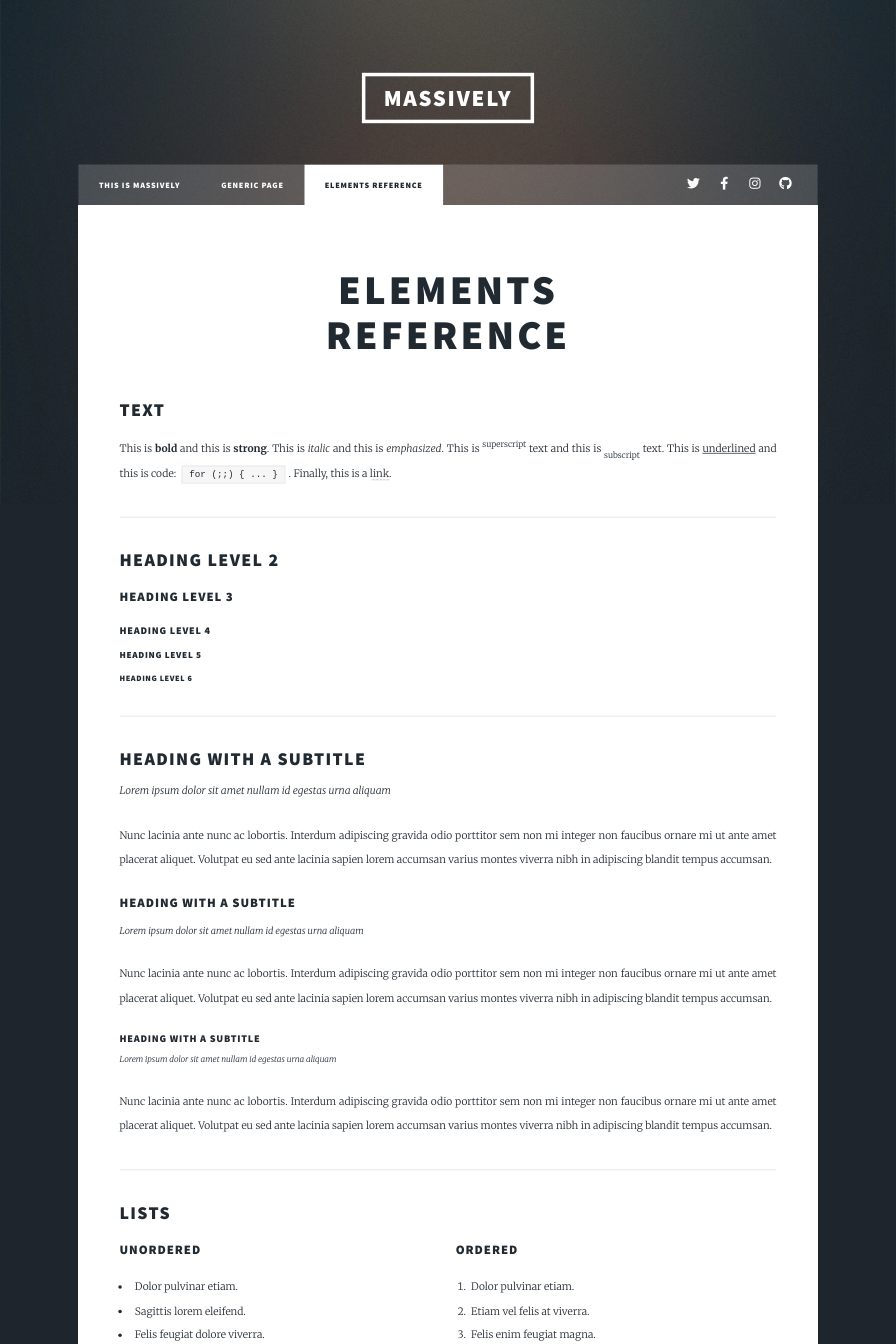
Repository: danieldoh2/Daniel_Portfolio
Page: elements.html
These files come from the project's save history. The page is drawn as it stood at one moment and after the next save; the edit follows.
The browser window is 1280 px wide. The pictures show the part of the page from y = 0 to 1920 px (the page is 9480 px tall), at 70% of full size.

Above is the page before, as saved 2022-03-06 15:21:36.

### elements.html
<!DOCTYPE HTML>
<!--
	Massively by HTML5 UP
	html5up.net | @ajlkn
	Free for personal and commercial use under the CCA 3.0 license (html5up.net/license)
-->
<html>
	<head>
		<title>Elements Reference - Massively by HTML5 UP</title>
		<meta charset="utf-8" />
		<meta name="viewport" content="width=device-width, initial-scale=1, user-scalable=no" />
		<link rel="stylesheet" href="assets/css/main.css" />
		<noscript><link rel="stylesheet" href="assets/css/noscript.css" /></noscript>
	</head>
	<body class="is-preload">

		<!-- Wrapper -->
			<div id="wrapper">

				<!-- Header -->
					<header id="header">
						<a href="index.html" class="logo">Massively</a>
					</header>

				<!-- Nav -->
					<nav id="nav">
						<ul class="links">
							<li><a href="index.html">This is Massively</a></li>
							<li><a href="generic.html">Generic Page</a></li>
							<li class="active"><a href="elements.html">Elements Reference</a></li>
						</ul>
						<ul class="icons">
							<li><a href="#" class="icon brands fa-twitter"><span class="label">Twitter</span></a></li>
							<li><a href="#" class="icon brands fa-facebook-f"><span class="label">Facebook</span></a></li>
							<li><a href="#" class="icon brands fa-instagram"><span class="label">Instagram</span></a></li>
							<li><a href="#" class="icon brands fa-github"><span class="label">GitHub</span></a></li>
						</ul>
					</nav>

				<!-- Main -->
					<div id="main">

						<!-- Post -->
							<section class="post">
								<header class="major">
									<h1>Elements<br />
									Reference</h1>
								</header>

								<!-- Text stuff -->
									<h2>Text</h2>
									<p>This is <b>bold</b> and this is <strong>strong</strong>. This is <i>italic</i> and this is <em>emphasized</em>.
									This is <sup>superscript</sup> text and this is <sub>subscript</sub> text.
									This is <u>underlined</u> and this is code: <code>for (;;) { ... }</code>.
									Finally, this is a <a href="#">link</a>.</p>
									<hr />
									<h2>Heading Level 2</h2>
									<h3>Heading Level 3</h3>
									<h4>Heading Level 4</h4>
									<h5>Heading Level 5</h5>
									<h6>Heading Level 6</h6>
									<hr />
									<header>
										<h2>Heading with a Subtitle</h2>
										<p>Lorem ipsum dolor sit amet nullam id egestas urna aliquam</p>
									</header>
									<p>Nunc lacinia ante nunc ac lobortis. Interdum adipiscing gravida odio porttitor sem non mi integer non faucibus ornare mi ut ante amet placerat aliquet. Volutpat eu sed ante lacinia sapien lorem accumsan varius montes viverra nibh in adipiscing blandit tempus accumsan.</p>
									<header>
										<h3>Heading with a Subtitle</h3>
										<p>Lorem ipsum dolor sit amet nullam id egestas urna aliquam</p>
									</header>
									<p>Nunc lacinia ante nunc ac lobortis. Interdum adipiscing gravida odio porttitor sem non mi integer non faucibus ornare mi ut ante amet placerat aliquet. Volutpat eu sed ante lacinia sapien lorem accumsan varius montes viverra nibh in adipiscing blandit tempus accumsan.</p>
									<header>
										<h4>Heading with a Subtitle</h4>
										<p>Lorem ipsum dolor sit amet nullam id egestas urna aliquam</p>
									</header>
									<p>Nunc lacinia ante nunc ac lobortis. Interdum adipiscing gravida odio porttitor sem non mi integer non faucibus ornare mi ut ante amet placerat aliquet. Volutpat eu sed ante lacinia sapien lorem accumsan varius montes viverra nibh in adipiscing blandit tempus accumsan.</p>

									<hr />

								<!-- Lists -->
									<h2>Lists</h2>
									<div class="row">
										<div class="col-6 col-12-small">

											<h3>Unordered</h3>
											<ul>
												<li>Dolor pulvinar etiam.</li>
												<li>Sagittis lorem eleifend.</li>
												<li>Felis feugiat dolore viverra.</li>
												<li>Dolor pulvinar etiam.</li>
											</ul>

											<h3>Alternate</h3>
											<ul class="alt">
												<li>Dolor pulvinar etiam etiam.</li>
												<li>Sagittis adipiscing eleifend.</li>
												<li>Felis enim dolore viverra.</li>
												<li>Dolor pulvinar etiam etiam.</li>
											</ul>

										</div>
										<div class="col-6 col-12-small">

											<h3>Ordered</h3>
											<ol>
												<li>Dolor pulvinar etiam.</li>
												<li>Etiam vel felis at viverra.</li>
												<li>Felis enim feugiat magna.</li>
												<li>Etiam vel felis nullam.</li>
												<li>Felis enim et tempus.</li>
											</ol>

											<h3>Icons</h3>
											<ul class="icons">
												<li><a href="#" class="icon brands fa-twitter"><span class="label">Twitter</span></a></li>
												<li><a href="#" class="icon brands fa-facebook-f"><span class="label">Facebook</span></a></li>
												<li><a href="#" class="icon brands fa-instagram"><span class="label">Instagram</span></a></li>
												<li><a href="#" class="icon brands fa-github"><span class="label">Github</span></a></li>
												<li><a href="#" class="icon brands fa-dribbble"><span class="label">Dribbble</span></a></li>
											</ul>
											<ul class="icons alt">
												<li><a href="#" class="icon brands alt fa-twitter"><span class="label">Twitter</span></a></li>
												<li><a href="#" class="icon brands alt fa-facebook-f"><span class="label">Facebook</span></a></li>
												<li><a href="#" class="icon brands alt fa-instagram"><span class="label">Instagram</span></a></li>
												<li><a href="#" class="icon brands alt fa-github"><span class="label">Github</span></a></li>
												<li><a href="#" class="icon brands alt fa-dribbble"><span class="label">Dribbble</span></a></li>
											</ul>

										</div>
									</div>
									<h3>Definition</h3>
									<dl>
										<dt>Item 1</dt>
										<dd>
											<p>Lorem ipsum dolor vestibulum ante ipsum primis in faucibus vestibulum. Blandit adipiscing eu felis iaculis volutpat ac adipiscing accumsan eu faucibus. Integer ac pellentesque praesent.</p>
										</dd>
										<dt>Item 2</dt>
										<dd>
											<p>Lorem ipsum dolor vestibulum ante ipsum primis in faucibus vestibulum. Blandit adipiscing eu felis iaculis volutpat ac adipiscing accumsan eu faucibus. Integer ac pellentesque praesent.</p>
										</dd>
										<dt>Item 3</dt>
										<dd>
											<p>Lorem ipsum dolor vestibulum ante ipsum primis in faucibus vestibulum. Blandit adipiscing eu felis iaculis volutpat ac adipiscing accumsan eu faucibus. Integer ac pellentesque praesent.</p>
										</dd>
									</dl>

									<h3>Actions</h3>
									<ul class="actions">
										<li><a href="#" class="button primary">Primary</a></li>
										<li><a href="#" class="button">Default</a></li>
									</ul>
									<ul class="actions small">
										<li><a href="#" class="button primary small">Small</a></li>
										<li><a href="#" class="button small">Small</a></li>
									</ul>
									<div class="row">
										<div class="col-6 col-12-small">
											<ul class="actions stacked">
												<li><a href="#" class="button primary">Default</a></li>
												<li><a href="#" class="button">Default</a></li>
											</ul>
										</div>
										<div class="col-6 col-12-small">
											<ul class="actions stacked">
												<li><a href="#" class="button primary small">Small</a></li>
												<li><a href="#" class="button small">Small</a></li>
											</ul>
										</div>
									</div>
									<div class="row">
										<div class="col-6 col-12-small">
											<ul class="actions stacked">
												<li><a href="#" class="button primary fit">Default</a></li>
												<li><a href="#" class="button fit">Default</a></li>
											</ul>
										</div>
										<div class="col-6 col-12-small">
											<ul class="actions stacked">
												<li><a href="#" class="button primary small fit">Small</a></li>
												<li><a href="#" class="button small fit">Small</a></li>
											</ul>
										</div>
									</div>

									<hr />

								<!-- Blockquote -->
									<h2>Blockquote</h2>
									<blockquote>Fringilla nisl. Donec accumsan interdum nisi, quis tincidunt felis sagittis eget tempus euismod. Vestibulum ante ipsum primis in faucibus vestibulum. Blandit adipiscing eu felis iaculis volutpat ac adipiscing accumsan faucibus. Vestibulum ante ipsum primis in faucibus vestibulum. Blandit adipiscing eu felis.</blockquote>

									<hr />

								<!-- Table -->
									<h2>Table</h2>

									<h3>Default</h3>
									<div class="table-wrapper">
										<table>
											<thead>
												<tr>
													<th>Name</th>
													<th>Description</th>
													<th>Price</th>
												</tr>
											</thead>
											<tbody>
												<tr>
													<td>Item 1</td>
													<td>Ante turpis integer aliquet porttitor.</td>
													<td>29.99</td>
												</tr>
												<tr>
													<td>Item 2</td>
													<td>Vis ac commodo adipiscing arcu aliquet.</td>
													<td>19.99</td>
												</tr>
												<tr>
													<td>Item 3</td>
													<td> Morbi faucibus arcu accumsan lorem.</td>
													<td>29.99</td>
												</tr>
												<tr>
													<td>Item 4</td>
													<td>Vitae integer tempus condimentum.</td>
													<td>19.99</td>
												</tr>
												<tr>
													<td>Item 5</td>
													<td>Ante turpis integer aliquet porttitor.</td>
													<td>29.99</td>
												</tr>
											</tbody>
											<tfoot>
												<tr>
													<td colspan="2"></td>
													<td>100.00</td>
												</tr>
											</tfoot>
										</table>
									</div>

									<h3>Alternate</h3>
									<div class="table-wrapper">
										<table class="alt">
											<thead>
												<tr>
													<th>Name</th>
													<th>Description</th>
													<th>Price</th>
												</tr>
											</thead>
											<tbody>
												<tr>
													<td>Item 1</td>
													<td>Ante turpis integer aliquet porttitor.</td>
													<td>29.99</td>
												</tr>
												<tr>
													<td>Item 2</td>
													<td>Vis ac commodo adipiscing arcu aliquet.</td>
													<td>19.99</td>
												</tr>
												<tr>
													<td>Item 3</td>
													<td> Morbi faucibus arcu accumsan lorem.</td>
													<td>29.99</td>
												</tr>
												<tr>
													<td>Item 4</td>
													<td>Vitae integer tempus condimentum.</td>
													<td>19.99</td>
												</tr>
												<tr>
													<td>Item 5</td>
													<td>Ante turpis integer aliquet porttitor.</td>
													<td>29.99</td>
												</tr>
											</tbody>
											<tfoot>
												<tr>
													<td colspan="2"></td>
													<td>100.00</td>
												</tr>
											</tfoot>
										</table>
									</div>

									<hr />

								<!-- Buttons -->
									<h2>Buttons</h2>
									<ul class="actions">
										<li><a href="#" class="button primary">Primary</a></li>
										<li><a href="#" class="button">Default</a></li>
									</ul>
									<ul class="actions">
										<li><a href="#" class="button primary large">Large</a></li>
										<li><a href="#" class="button">Default</a></li>
										<li><a href="#" class="button small">Small</a></li>
									</ul>
									<ul class="actions fit">
										<li><a href="#" class="button primary fit">Fit</a></li>
										<li><a href="#" class="button fit">Fit</a></li>
									</ul>
									<ul class="actions fit small">
										<li><a href="#" class="button primary fit small">Fit + Small</a></li>
										<li><a href="#" class="button fit small">Fit + Small</a></li>
									</ul>
									<ul class="actions">
										<li><a href="#" class="button primary icon solid fa-search">Icon</a></li>
										<li><a href="#" class="button icon solid fa-download">Icon</a></li>
									</ul>
									<ul class="actions">
										<li><span class="button primary disabled">Primary</span></li>
										<li><span class="button disabled">Default</span></li>
									</ul>

									<hr />

								<!-- Form -->
									<h2>Form</h2>

									<form method="post" action="#">
										<div class="row gtr-uniform">
											<div class="col-6 col-12-xsmall">
												<input type="text" name="demo-name" id="demo-name" value="" placeholder="Name" />
											</div>
											<div class="col-6 col-12-xsmall">
												<input type="email" name="demo-email" id="demo-email" value="" placeholder="Email" />
											</div>
											<!-- Break -->
											<div class="col-12">
												<select name="demo-category" id="demo-category">
													<option value="">- Category -</option>
													<option value="1">Manufacturing</option>
													<option value="1">Shipping</option>
													<option value="1">Administration</option>
													<option value="1">Human Resources</option>
												</select>
											</div>
											<!-- Break -->
											<div class="col-4 col-12-small">
												<input type="radio" id="demo-priority-low" name="demo-priority" checked>
												<label for="demo-priority-low">Low</label>
											</div>
											<div class="col-4 col-12-small">
												<input type="radio" id="demo-priority-normal" name="demo-priority">
												<label for="demo-priority-normal">Normal</label>
											</div>
											<div class="col-4 col-12-small">
												<input type="radio" id="demo-priority-high" name="demo-priority">
												<label for="demo-priority-high">High</label>
											</div>
											<!-- Break -->
											<div class="col-6 col-12-small">
												<input type="checkbox" id="demo-copy" name="demo-copy">
												<label for="demo-copy">Email me a copy</label>
											</div>
											<div class="col-6 col-12-small">
												<input type="checkbox" id="demo-human" name="demo-human" checked>
												<label for="demo-human">I am a human</label>
											</div>
											<!-- Break -->
											<div class="col-12">
												<textarea name="demo-message" id="demo-message" placeholder="Enter your message" rows="6"></textarea>
											</div>
											<!-- Break -->
											<div class="col-12">
												<ul class="actions">
													<li><input type="submit" value="Send Message" class="primary" /></li>
													<li><input type="reset" value="Reset" /></li>
												</ul>
											</div>
										</div>
									</form>

									<hr />

								<!-- Image -->
									<h2>Image</h2>

									<h3>Fit</h3>
									<span class="image fit"><img src="images/pic01.jpg" alt="" /></span>
									<div class="box alt">
										<div class="row gtr-50 gtr-uniform">
											<div class="col-4"><span class="image fit"><img src="images/pic02.jpg" alt="" /></span></div>
											<div class="col-4"><span class="image fit"><img src="images/pic03.jpg" alt="" /></span></div>
											<div class="col-4"><span class="image fit"><img src="images/pic04.jpg" alt="" /></span></div>
											<!-- Break -->
											<div class="col-4"><span class="image fit"><img src="images/pic04.jpg" alt="" /></span></div>
											<div class="col-4"><span class="image fit"><img src="images/pic02.jpg" alt="" /></span></div>
											<div class="col-4"><span class="image fit"><img src="images/pic03.jpg" alt="" /></span></div>
											<!-- Break -->
											<div class="col-4"><span class="image fit"><img src="images/pic03.jpg" alt="" /></span></div>
											<div class="col-4"><span class="image fit"><img src="images/pic04.jpg" alt="" /></span></div>
											<div class="col-4"><span class="image fit"><img src="images/pic02.jpg" alt="" /></span></div>
										</div>
									</div>

									<h3>Left &amp; Right</h3>
									<p><span class="image left"><img src="images/pic08.jpg" alt="" /></span>Lorem ipsum dolor sit accumsan interdum nisi, quis tincidunt felis sagittis eget. tempus euismod. Vestibulum ante ipsum primis in faucibus vestibulum. Blandit adipiscing eu felis iaculis volutpat ac adipiscing accumsan eu faucibus. Integer ac pellentesque praesent tincidunt felis sagittis eget. tempus euismod. Vestibulum ante ipsum primis sagittis eget. tempus euismod. Vestibulum ante ipsum primis in faucibus vestibulum. Blandit adipiscing eu felis iaculis volutpat ac adipiscing accumsan eu faucibus. Integer ac pellentesque praesent tincidunt felis sagittis eget. tempus euismod. Vestibulum ante ipsum primis in faucibus vestibulum. Blandit adipiscing eu felis iaculis volutpat ac adipiscing accumsan eu faucibus. Integer ac pellentesque praesent. Vestibulum ante ipsum primis in faucibus magna blandit adipiscing eu felis iaculis.</p>
									<p><span class="image right"><img src="images/pic09.jpg" alt="" /></span>Lorem ipsum dolor sit accumsan interdum nisi, quis tincidunt felis sagittis eget. tempus euismod. Vestibulum ante ipsum primis in faucibus vestibulum. Blandit adipiscing eu felis iaculis volutpat ac adipiscing accumsan eu faucibus. Integer ac pellentesque praesent tincidunt felis sagittis eget. tempus euismod. Vestibulum ante ipsum primis sagittis eget. tempus euismod. Vestibulum ante ipsum primis in faucibus vestibulum. Blandit adipiscing eu felis iaculis volutpat ac adipiscing accumsan eu faucibus. Integer ac pellentesque praesent tincidunt felis sagittis eget. tempus euismod. Vestibulum ante ipsum primis in faucibus vestibulum. Blandit adipiscing eu felis iaculis volutpat ac adipiscing accumsan eu faucibus. Integer ac pellentesque praesent. Vestibulum ante ipsum primis in faucibus magna blandit adipiscing eu felis iaculis.</p>

									<hr />

								<!-- Box -->
									<h2>Box</h2>
									<div class="box">
										<p>Felis sagittis eget tempus primis in faucibus vestibulum. Blandit adipiscing eu felis iaculis volutpat ac adipiscing accumsan eu faucibus. Integer ac pellentesque praesent tincidunt felis sagittis eget. tempus euismod. Magna sed etiam ante ipsum primis in faucibus vestibulum. Blandit adipiscing eu ipsum primis in faucibus vestibulum. Blandit adipiscing eu felis iaculis volutpat ac adipiscing accumsan eu faucibus lorem ipsum dolor sit amet nullam. Integer ac pellentesque praesent tincidunt felis sagittis eget. tempus euismod. Vestibulum ante ipsum primis sagittis eget. tempus euismod. Vestibulum ante ipsum primis in faucibus vestibulum. Blandit adipiscing eu felis iaculis volutpat ac adipiscing accumsan eu faucibus. Integer ac pellentesque praesent tincidunt felis sagittis eget. tempus euismod. Vestibulum ante ipsum primis in faucibus vestibulum. Blandit adipiscing eu felis iaculis volutpat ac adipiscing accumsan eu faucibus. Integer ac pellentesque praesent. Vestibulum ante ipsum primis in faucibus magna blandit adipiscing eu felis iaculis volutpat lorem ipsum dolor.</p>
									</div>

									<hr />

								<!-- Preformatted Code -->
									<h2>Preformatted</h2>
									<pre><code>i = 0;

while (!deck.isInOrder()) {
    print 'Iteration ' + i;
    deck.shuffle();
    i++;
}

print 'It took ' + i + ' iterations to sort the deck.';
</code></pre>

							</section>

					</div>

				<!-- Footer -->
					<footer id="footer">
						<section>
							<form method="post" action="#">
								<div class="fields">
									<div class="field">
										<label for="name">Name</label>
										<input type="text" name="name" id="name" />
									</div>
									<div class="field">
										<label for="email">Email</label>
										<input type="text" name="email" id="email" />
									</div>
									<div class="field">
										<label for="message">Message</label>
										<textarea name="message" id="message" rows="3"></textarea>
									</div>
								</div>
								<ul class="actions">
									<li><input type="submit" value="Send Message" /></li>
								</ul>
							</form>
						</section>
						<section class="split contact">
							<section class="alt">
								<h3>Address</h3>
								<p>1234 Somewhere Road #87257<br />
								Nashville, TN 00000-0000</p>
							</section>
							<section>
								<h3>Phone</h3>
								<p><a href="#">(000) 000-0000</a></p>
							</section>
							<section>
								<h3>Email</h3>
								<p><a href="#">info@untitled.tld</a></p>
							</section>
							<section>
								<h3>Social</h3>
								<ul class="icons alt">
									<li><a href="#" class="icon brands alt fa-twitter"><span class="label">Twitter</span></a></li>
									<li><a href="#" class="icon brands alt fa-facebook-f"><span class="label">Facebook</span></a></li>
									<li><a href="#" class="icon brands alt fa-instagram"><span class="label">Instagram</span></a></li>
									<li><a href="#" class="icon brands alt fa-github"><span class="label">GitHub</span></a></li>
								</ul>
							</section>
						</section>
					</footer>

				<!-- Copyright -->
					<div id="copyright">
						<ul><li>&copy; Untitled</li><li>Design: <a href="https://html5up.net">HTML5 UP</a></li></ul>
					</div>

			</div>

		<!-- Scripts -->
			<script src="assets/js/jquery.min.js"></script>
			<script src="assets/js/jquery.scrollex.min.js"></script>
			<script src="assets/js/jquery.scrolly.min.js"></script>
			<script src="assets/js/browser.min.js"></script>
			<script src="assets/js/breakpoints.min.js"></script>
			<script src="assets/js/util.js"></script>
			<script src="assets/js/main.js"></script>

	</body>
</html>

Loaded but not shown: assets/css/fontawesome-all.min.css (library); assets/js/jquery.min.js (library); assets/js/jquery.scrollex.min.js (common file); assets/js/jquery.scrolly.min.js (common file); assets/js/browser.min.js (common file); assets/js/breakpoints.min.js (common file); assets/js/util.js (587 lines, source omitted); assets/js/main.js (258 lines, source omitted); assets/css/main.css (4689 lines, source omitted)

After the next save:
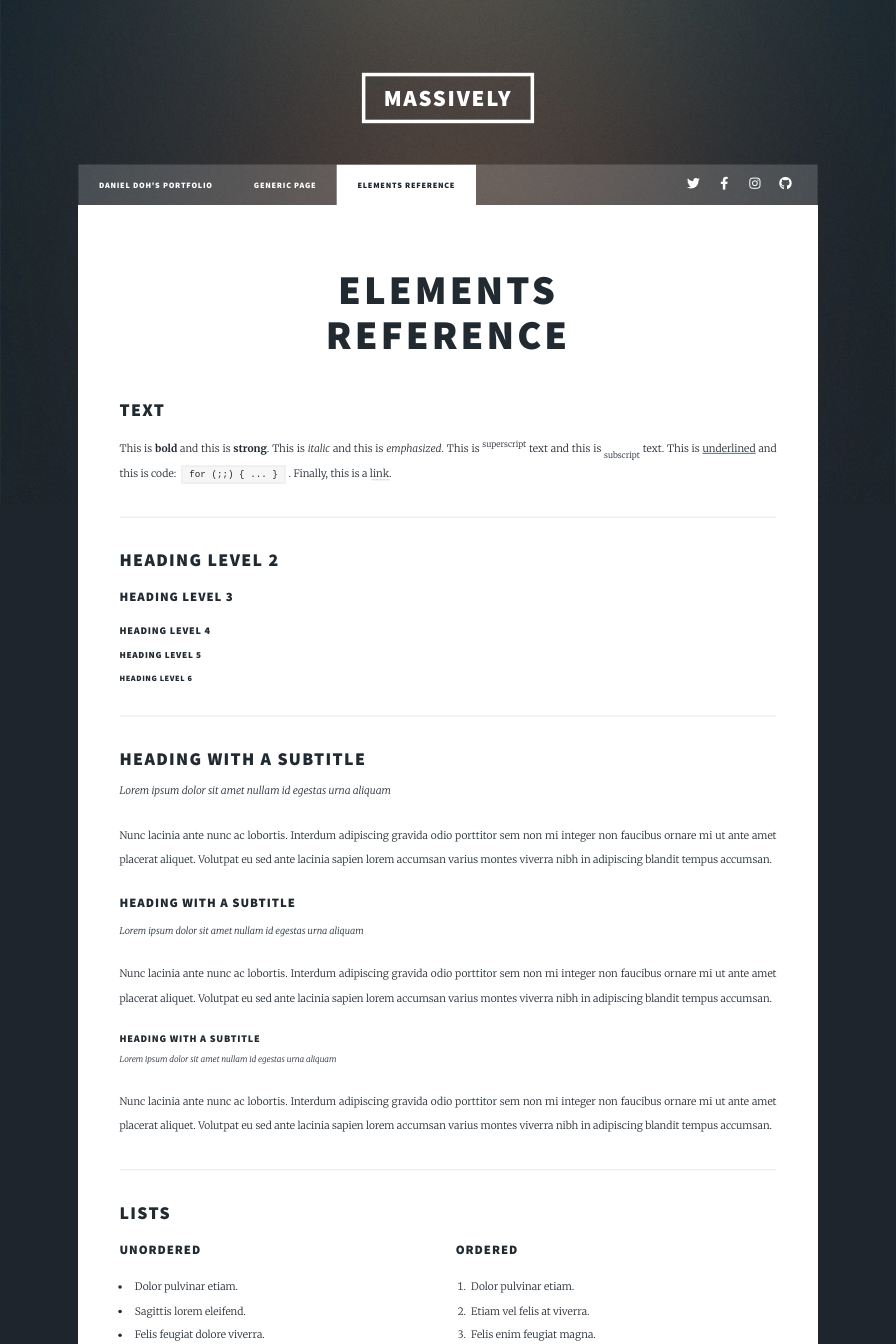
Saved 660 days later.
--- a/elements.html
+++ b/elements.html
@@ -25,7 +25,7 @@
 				<!-- Nav -->
 					<nav id="nav">
 						<ul class="links">
-							<li><a href="index.html">This is Massively</a></li>
+							<li><a href="index.html">Daniel Doh's Portfolio</a></li>
 							<li><a href="generic.html">Generic Page</a></li>
 							<li class="active"><a href="elements.html">Elements Reference</a></li>
 						</ul>
